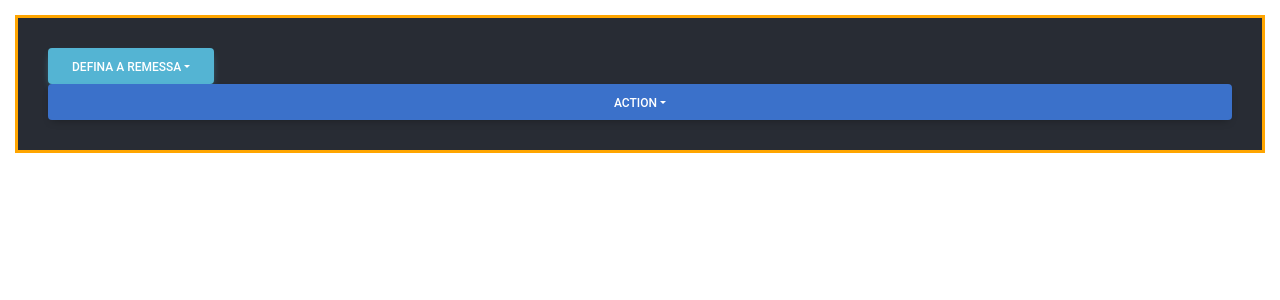
Repository: MarcusVTAlmeida/digital
Page: /
These files come from the project's save history. The page is drawn as it stood at one moment and after a run of saves; the edit follows.
The browser window is 1280 px wide. The pictures show the whole page.
The project was rebuilt for these pictures with package versions that can differ from the ones it lists, and the page was loaded fresh each time. Also part of the build but not shown: src/notas/Retorno.js, src/notas/Locacao.js.

Above is the page before, as saved 2024-04-18 21:54:50.

After the next 2 saves:
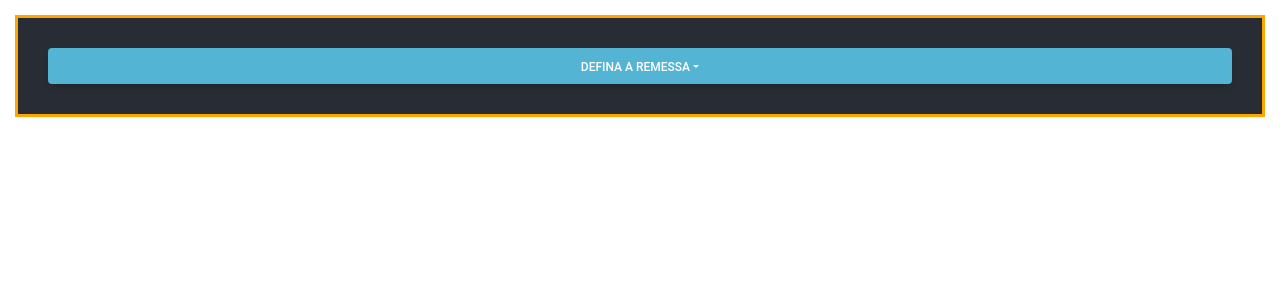
The 2 saves are shown as one change because they came seconds apart.
The last was saved 14 s later.
--- a/src/App.js
+++ b/src/App.js
@@ -108,17 +108,8 @@ export default class Page extends React.Component {
                 margin: '15px'
             }}>
 
-        <MDBDropdown>
-      <MDBDropdownToggle caret color="info">Defina a remessa</MDBDropdownToggle>
-      <MDBDropdownMenu basic>
-      <MDBDropdownItem onClick={() => this.setState({ showingCanc: !showingCanc })}>
-            </MDBDropdownItem>
-        <MDBDropdownItem link onClick={() => this.setState({ showingretorno: !showingretorno })}>retorno</MDBDropdownItem>
-        <MDBDropdownItem link onClick={() => this.setState({ showinglocacao: !showinglocacao })}>locaçao</MDBDropdownItem>
-      </MDBDropdownMenu>
-    </MDBDropdown>
     <MDBDropdown group>
-        <MDBDropdownToggle color='primary'>Action</MDBDropdownToggle>
+    <MDBDropdownToggle caret color="info">Defina a remessa</MDBDropdownToggle>
         <MDBDropdownMenu>
         <MDBDropdownItem link onClick={() => this.setState({ showingretorno: !showingretorno })}>retorno</MDBDropdownItem>
         <MDBDropdownItem link onClick={() => this.setState({ showinglocacao: !showinglocacao })}>locaçao</MDBDropdownItem>
